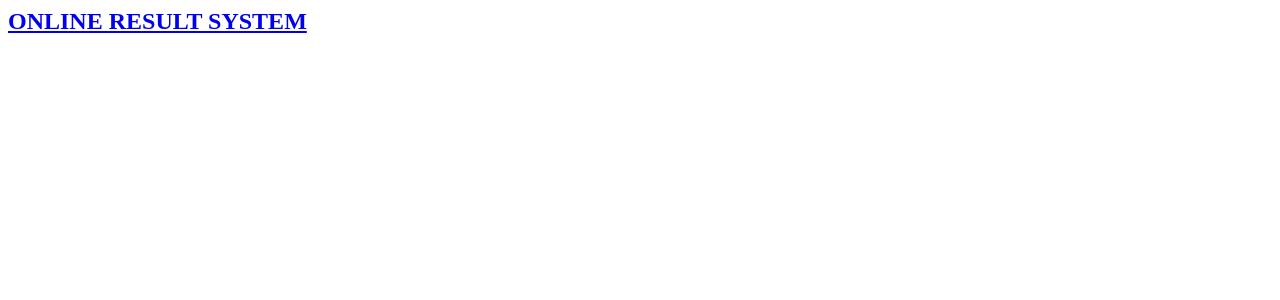
Repository: Kapildudhe123/SpringMVC
Page: http://localhost/spring-mvc-01/
The author's editor kept a copy of each file at every save. The page is drawn from the files as they stood at one save, then again after the next save.
The browser window is 1280 px wide. The pictures show the whole page.
The page is served by Tomcat 9. Other server files are loaded and not shown.

Above is the page before, as saved 2024-04-03 03:31:16.

### SpringMVC/spring-mvc-01/src/main/webapp/index.jsp
<html>
<body>
<h2><a href="Login"><style>
</style>ONLINE RESULT SYSTEM</a></h2>
</body>
</html>

After the next save:
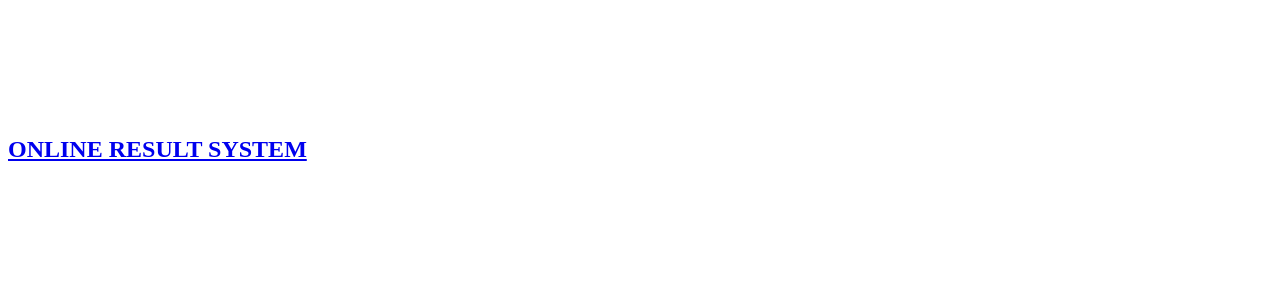
Saved 21 s later.
--- a/SpringMVC/spring-mvc-01/src/main/webapp/index.jsp
+++ b/SpringMVC/spring-mvc-01/src/main/webapp/index.jsp
@@ -1,5 +1,6 @@
 <html>
-<body>
+<body><br>
+<br><br><br><br><br>
 <h2><a href="Login"><style>
 </style>ONLINE RESULT SYSTEM</a></h2>
 </body>
